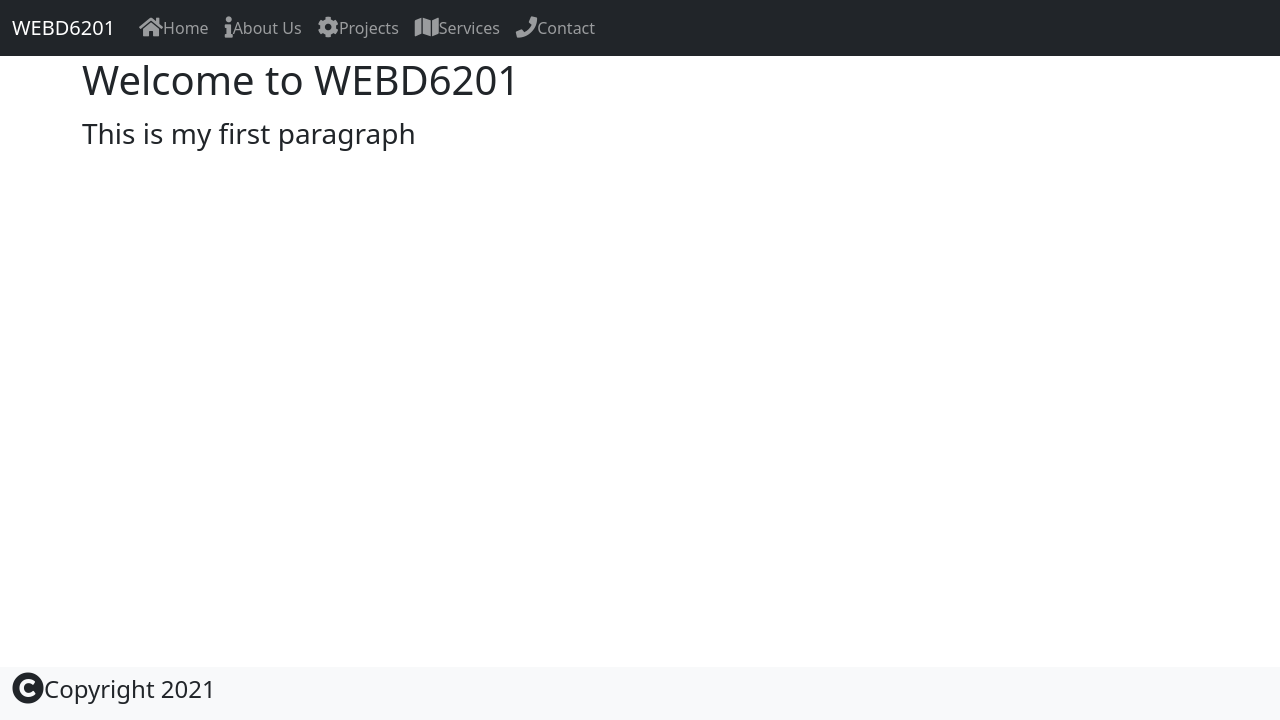
Repository: deividwsantoss/webd6201-W2021-ICE1
Page: services.html
The author's editor kept a copy of each file at every save. The page is drawn from the files as they stood at one save, then again after the next save.
The browser window is 1280 px wide. The pictures show the whole page.

Above is the page before, as saved 2021-02-02 11:54:53.

### services.html
<!DOCTYPE html>
<html lang="en">
<head>
    <meta charset="UTF-8">
    <meta name="viewport" content="width=device-width, initial-scale=1.0">
    <title>Home</title>
</head>
<!-- CSS SECTION -->
<link rel="stylesheet" href="./node_modules/bootstrap/dist/css/bootstrap.min.css">
<link rel="stylesheet" href="./node_modules/@fortawesome/fontawesome-free/css/all.min.css">
<link rel="stylesheet" href="./Content/app.css">

<body>
    <!-- MAIN HEADER-->
    <header>
        <!-- Main Navegation-->
        <nav class="navbar navbar-expand-lg navbar-dark bg-dark">
            <div class="container-fluid">
              <a class="navbar-brand" href="Index.html">WEBD6201</a>
              <button class="navbar-toggler" type="button" data-bs-toggle="collapse" data-bs-target="#navbarSupportedContent" aria-controls="navbarSupportedContent" aria-expanded="false" aria-label="Toggle navigation">
                <span class="navbar-toggler-icon"></span>
              </button>
              <div class="collapse navbar-collapse" id="navbarSupportedContent">
                <ul class="navbar-nav me-auto mb-2 mb-lg-0">
                  <li class="nav-item">
                    <a class="nav-link" aria-current="page" href="Index.html"><i class="fas fa-home fa-lg"></i>Home</a>
                  </li>
                  <li class="nav-item">
                    <a class="nav-link" aria-current="page" href="about.html"><i class="fas fa-info fa-lg"></i>About Us</a>
                  </li>
                  <li class="nav-item">
                    <a class="nav-link" aria-current="page" href="projects.html"><i class="fas fa-cog fa-lg"></i>Projects</a>
                  </li>
                  <li class="nav-item">
                    <a class="nav-link" aria-current="page" href="services.html"><i class="fas fa-map fa-lg"></i>Services</a>
                  </li>
                  <li class="nav-item">
                    <a class="nav-link" aria-current="page" href="contact.html"><i class="fas fa-phone fa-lg"></i>Contact</a>
                  </li>

                </ul>

              </div>
            </div>
          </nav>
    </header>
    <!-- Main content-->
    <main class="container">

        <h1>Welcome to WEBD6201 </h1>
        <p id="paragraphOne"> </p>
    </main>

    <!-- Main Footer -->
    <footer>
        <nav class="navbar fixed-bottom navbar-light bg-light">
            <div class="container-fluid">
                <h4><i class="fas fa-copyright fa-lg"></i>Copyright 2021 </h4>
            </div>
          </nav>

    </footer>
    <!-- Script Section-->
    <script src="./node_modules/jquery/dist/jquery.min.js"></script>
    <script src="./node_modules/bootstrap/dist/js/bootstrap.bundle.min.js"></script>
    <script src="./Scripts/app.js"></script>
</body>
</html>

### Scripts/app.js
/* Custom JavaScript goes here */


// IIFE -
//AKA - Anonymous self-excuting function

"use strict";

(function()
{


    function Start()
    {
        console.log("App Started...")

        let paragraphOneText = "This is a simple site to demonstrate DOM manipulation for ICE 1";
        let paragraphOneElement = document.getElementById("paragraphOne");

        //let paragraphOneParagraph = document.getElementsByTagName("p")[0];
        //let paragraphOneQuery = document.querySelector("p");
        //let paragraphOneQuerys = document.querySelectorAll("p")[0];

        paragraphOneElement.textContent = paragraphOneText;
        paragraphOneElement.className = "fs-5";

        //SECOND METHOD
        //Step 1. document.createElement
        let newParagraph = document.createElement("p");
        //configure the element
        newParagraph.setAttribute("id", "paragraphTwo");
        newParagraph.textContent = "... And this is Paragraph Two";
        //step 3. Select the parent element
        let mainContent = document.getElementsByTagName("main")[0];
        //step 4. Add / Insert the element
        mainContent.appendChild(newParagraph);

        newParagraph.className = "fs-5";

        //  Another way to insert
        let paragraphDiv = document.createElement('div');
          let paragraphThree = `<p class="fs-7 fw-bold">And this is the Third Paragraph</p>`
        paragraphDiv.innerHTML = paragraphThree;

        newParagraph.before(paragraphDiv);

        // Deletions

        //removing simple element
        // paragraphOneElement.remove();

        //example of remove child
        // mainContent.removeChild(paragraphOneElement);

        // UPDATE - MODIFICATION

        //mainContent.firstElementChild.textContent = "Welcome Home";

        mainContent.innerHTML =
        `<h1 id="firstHeading">Welcome to WEBD6201 </h1>
        <p id="paragraphOne" class="fs-3">This is my first paragraph</p>
        `


    }
    window.addEventListener("load", Start);


})();

Loaded but not shown: node_modules/bootstrap/dist/css/bootstrap.min.css (library); node_modules/@fortawesome/fontawesome-free/css/all.min.css (library); node_modules/jquery/dist/jquery.min.js (library); node_modules/bootstrap/dist/js/bootstrap.bundle.min.js (library); Content/app.css (no stored copy; drawn as an empty file)

After the next save:
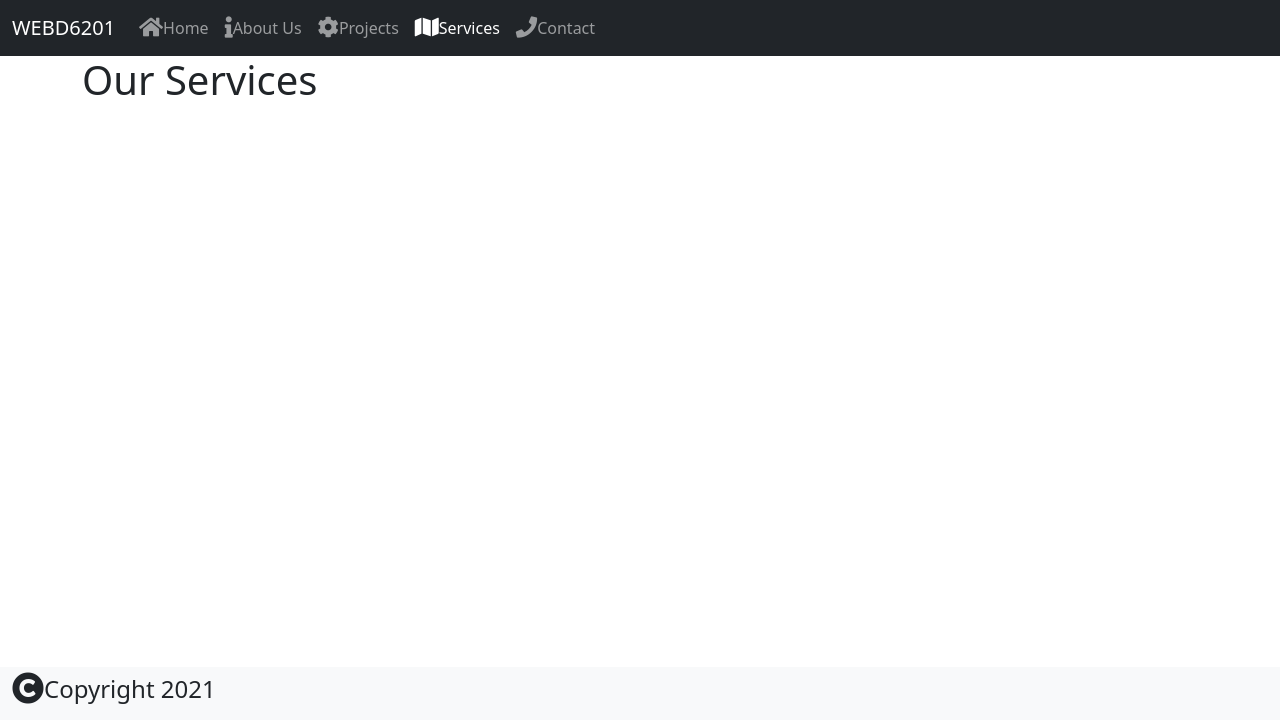
Console error: TypeError: Cannot set properties of null (setting 'textContent')
Saved 40 s later.
--- a/services.html
+++ b/services.html
@@ -3,7 +3,7 @@
 <head>
     <meta charset="UTF-8">
     <meta name="viewport" content="width=device-width, initial-scale=1.0">
-    <title>Home</title>
+    <title>Services</title>
 </head>
 <!-- CSS SECTION -->
 <link rel="stylesheet" href="./node_modules/bootstrap/dist/css/bootstrap.min.css">
@@ -32,7 +32,7 @@
                     <a class="nav-link" aria-current="page" href="projects.html"><i class="fas fa-cog fa-lg"></i>Projects</a>
                   </li>
                   <li class="nav-item">
-                    <a class="nav-link" aria-current="page" href="services.html"><i class="fas fa-map fa-lg"></i>Services</a>
+                    <a class="nav-link active" aria-current="page" href="services.html"><i class="fas fa-map fa-lg"></i>Services</a>
                   </li>
                   <li class="nav-item">
                     <a class="nav-link" aria-current="page" href="contact.html"><i class="fas fa-phone fa-lg"></i>Contact</a>
@@ -47,8 +47,8 @@
     <!-- Main content-->
     <main class="container">
 
-        <h1>Welcome to WEBD6201 </h1>
-        <p id="paragraphOne"> </p>
+        <h1>Our Services</h1>
+
     </main>
 
     <!-- Main Footer -->
